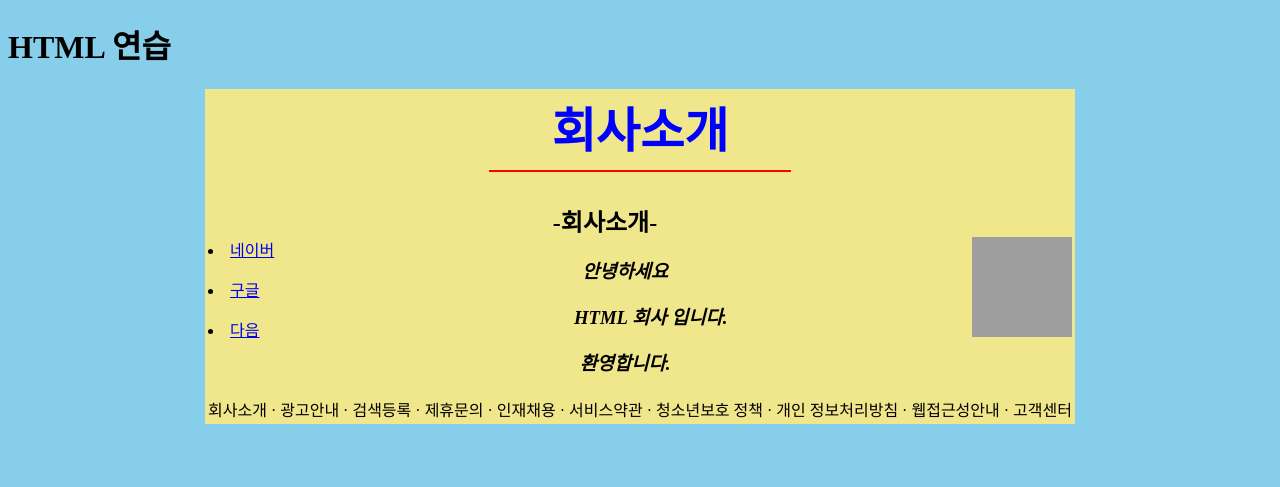
Repository: basstpgns/20201029html
Page: jsp/html/quiz02.html
The author's editor kept a copy of each file at every save. The page is drawn from the files as they stood at one save, then again after the next save.
The browser window is 1280 px wide. The pictures show the whole page.
Pictures or frames that could not be fetched are drawn as grey boxes.

Above is the page before, as saved 2020-10-29 08:58:21.

After the next save:
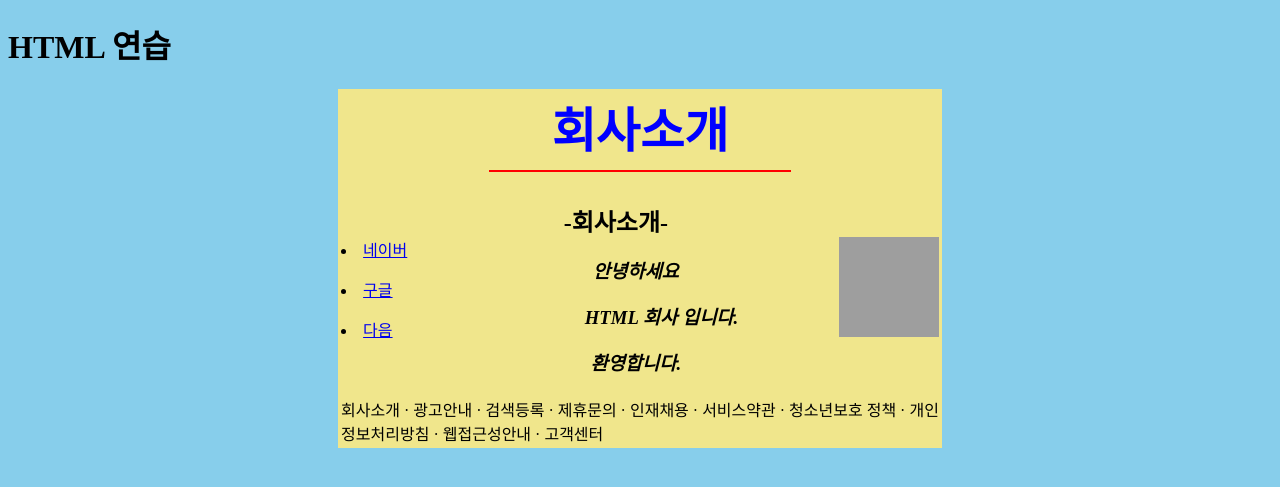
Saved 25 s later.
--- a/jsp/html/quiz02.html
+++ b/jsp/html/quiz02.html
@@ -48,7 +48,7 @@
 			</tr>
 			<tr>
 				<td colspan="3">회사소개 · 광고안내 · 검색등록 · 제휴문의 · 인재채용 · 서비스약관 · 청소년보호
-				정책 · 개인 정보처리방침 · 웹접근성안내 · 고객센터 </td>
+				정책 · 개인<br>정보처리방침 · 웹접근성안내 · 고객센터 </td>
 			</tr>
 		</tbody>
 	</table>
